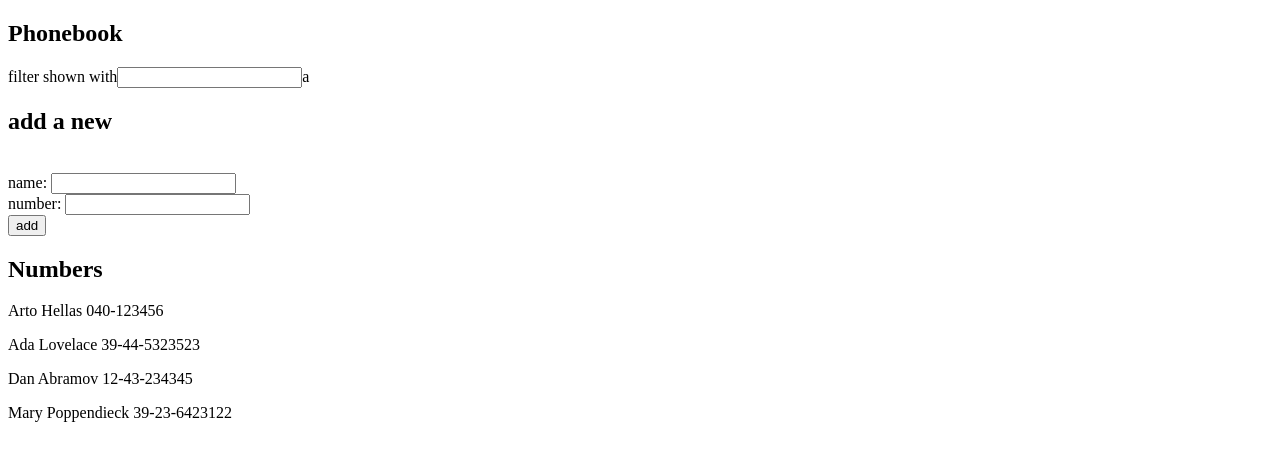
Repository: mariocapitbrok/helsinki-fullstack
Page: / (app in part2/phonebook/)
An editor plug-in stored every save of this project. The page is shown before and after the next save, followed by the edit.
The browser window is 1280 px wide. The pictures show the whole page.
The project was rebuilt for these pictures with package versions that can differ from the ones it lists, and the page was loaded fresh each time.

Above is the page before, as saved 2022-01-12 12:02:57.

### part2/phonebook/src/App.js
import React, { useState } from 'react'

const Person = ({ name, number }) => (
  <p>
    {name} {number}
  </p>
)

const App = () => {
  const [newFilter, setNewFilter] = useState('a')
  const [persons, setPersons] = useState([
    { name: 'Arto Hellas', number: '040-123456', id: 1 },
    { name: 'Ada Lovelace', number: '39-44-5323523', id: 2 },
    { name: 'Dan Abramov', number: '12-43-234345', id: 3 },
    { name: 'Mary Poppendieck', number: '39-23-6423122', id: 4 },
  ])
  const [newName, setNewName] = useState('')
  const [newNumber, setNewNumber] = useState('')

  const handleSubmit = (e) => {
    e.preventDefault()
    const newPerson = {
      name: newName,
      number: newNumber,
      id: persons.length + 1,
    }

    persons.findIndex((person) => person.name === newPerson.name) === -1
      ? setPersons([...persons, newPerson])
      : alert(`${newPerson.name} is already added to phonebook`)

    setNewName('')
    setNewNumber('')
  }

  return (
    <div>
      <h2>Phonebook</h2>
      <div>
        filter shown with
        <input onChange={(e) => setNewFilter(e.target.value)} />
        {newFilter}
      </div>
      <h2>add a new</h2>
      <br />
      <form onSubmit={handleSubmit}>
        <div>
          name:{' '}
          <input onChange={(e) => setNewName(e.target.value)} value={newName} />
        </div>
        <div>
          number:{' '}
          <input
            onChange={(e) => setNewNumber(e.target.value)}
            value={newNumber}
          />
        </div>
        <div>
          <button type="submit">add</button>
        </div>
      </form>
      <h2>Numbers</h2>
      {persons.map((person) => (
        <Person key={person.name} name={person.name} number={person.number} />
      ))}
    </div>
  )
}

export default App

Loaded but not shown: part2/phonebook/public/index.html (common file); part2/phonebook/src/index.js (common file)

After the next save:
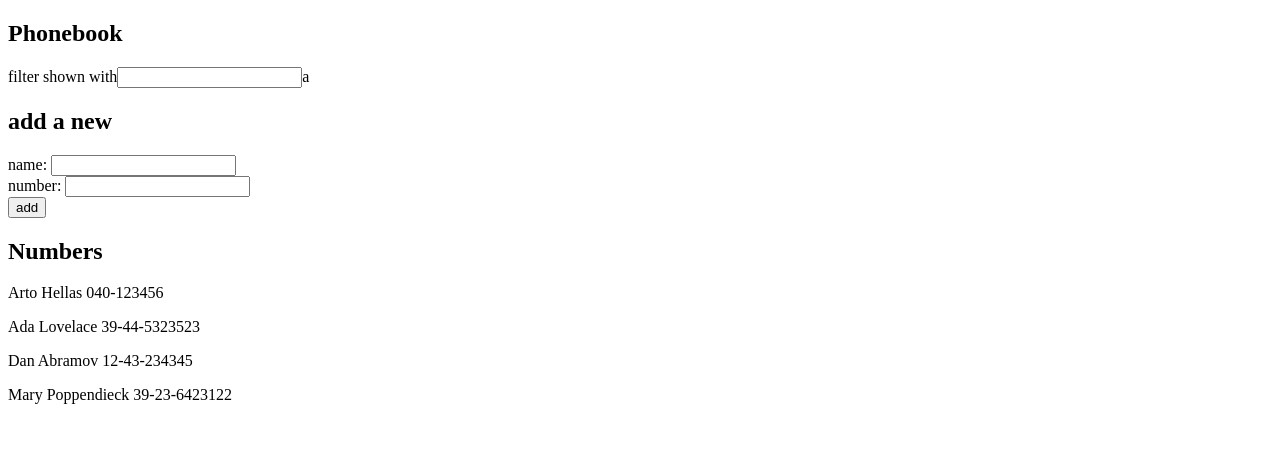
Saved 9 s later.
--- a/part2/phonebook/src/App.js
+++ b/part2/phonebook/src/App.js
@@ -42,7 +42,6 @@ const App = () => {
         {newFilter}
       </div>
       <h2>add a new</h2>
-      <br />
       <form onSubmit={handleSubmit}>
         <div>
           name:{' '}
